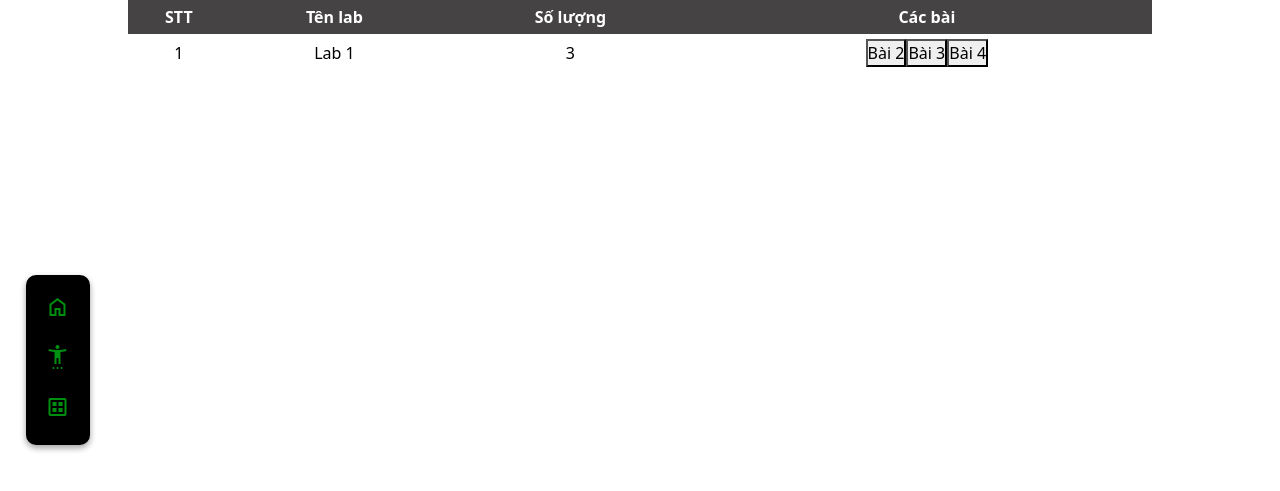
Repository: tuankiet10920/homeworkFEF
Page: /labs
An editor plug-in stored every save of this project. The page is shown before and after the next save, followed by the edit.
The browser window is 1280 px wide. The pictures show the whole page.
The project was rebuilt for these pictures with package versions that can differ from the ones it lists, and the page was loaded fresh each time. Also part of the build but not shown: vite.config.js, src/components/HelloWorld.vue, src/Labs/Lab1/Bai2.vue, src/views/HomeView.vue.

Above is the page before, as saved 2024-10-22 18:08:43.

After the next save:
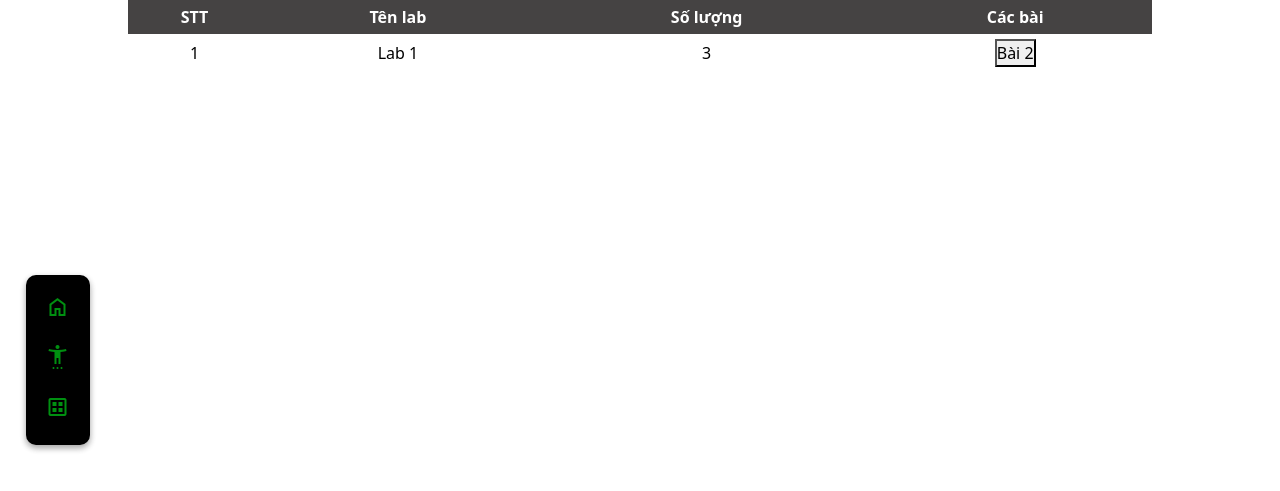
Saved 94 s later.
--- a/src/views/LabView.vue
+++ b/src/views/LabView.vue
@@ -33,19 +33,13 @@
         </tr>
       </thead>
       <tbody>
-        <tr>
-          <td>1</td>
-          <td>Lab 1</td>
-          <td>3</td>
+        <tr v-for="(item, index) in sourceTrs">
+          <td>{{ index + 1 }}</td>
+          <td>{{ item.name_lab }}</td>
+          <td>{{ item.qty }}</td>
           <td>
             <RouterLink to="/bai2lab1">
               <button type="button">Bài 2</button>
-            </RouterLink>
-            <RouterLink to="/bai3lab1">
-              <button type="button">Bài 3</button>
-            </RouterLink>
-            <RouterLink to="/bai4lab1">
-              <button type="button">Bài 4</button>
             </RouterLink>
           </td>
         </tr>

After the 3 saves that followed:
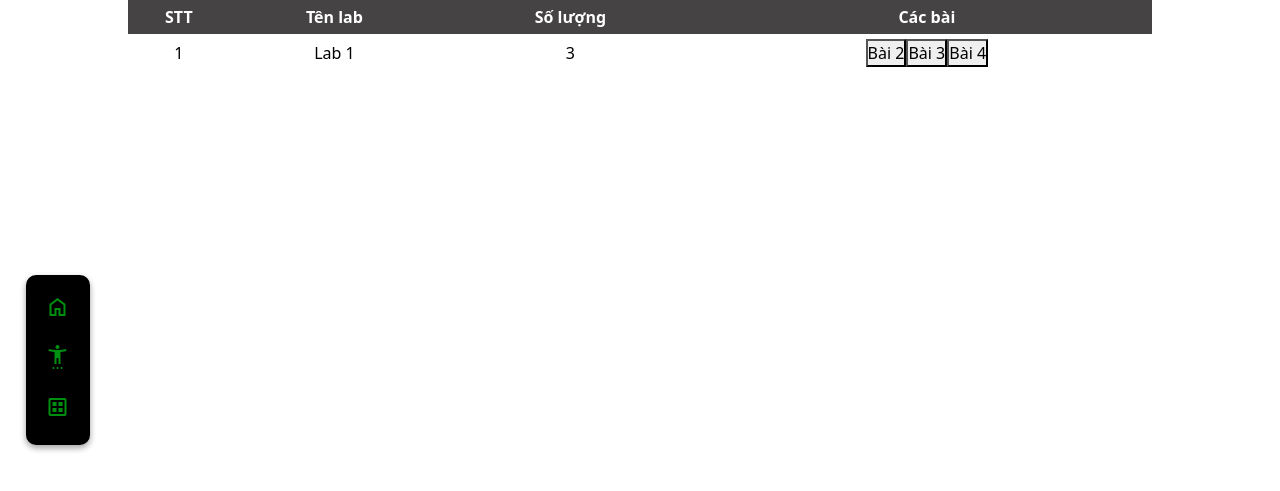
The 3 saves are shown as one change because 1 left the picture as it was and some came seconds apart.
The last was saved 102 s later.
--- a/src/views/LabView.vue
+++ b/src/views/LabView.vue
@@ -38,8 +38,8 @@
           <td>{{ item.name_lab }}</td>
           <td>{{ item.qty }}</td>
           <td>
-            <RouterLink to="/bai2lab1">
-              <button type="button">Bài 2</button>
+            <RouterLink v-for="route in item.exs" :to="route.link">
+              <button type="button">{{ route.name_ex }}</button>
             </RouterLink>
           </td>
         </tr>
